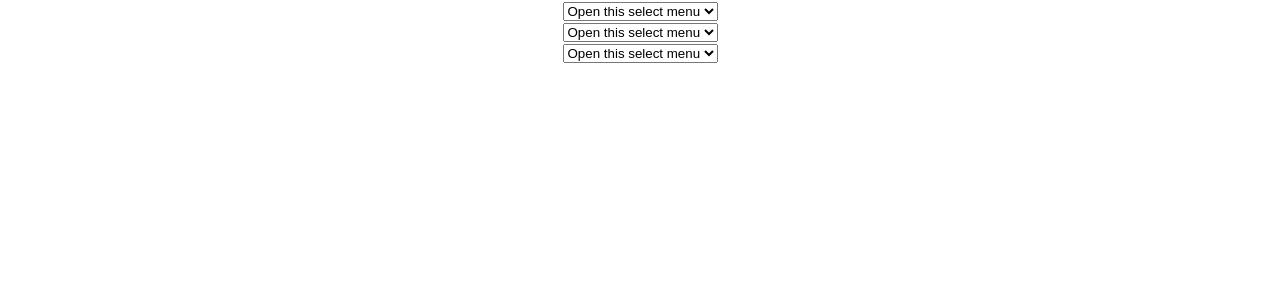
Repository: olahbold/greendoor_project
Page: /
The author's editor kept a copy of each file at every save. The page is drawn from the files as they stood at one save, then again after a run of saves.
The browser window is 1280 px wide. The pictures show the whole page.
The project was rebuilt for these pictures with package versions that can differ from the ones it lists, and the page was loaded fresh each time.

Above is the page before, as saved 2023-06-21 13:57:24.

After the next 9 saves:
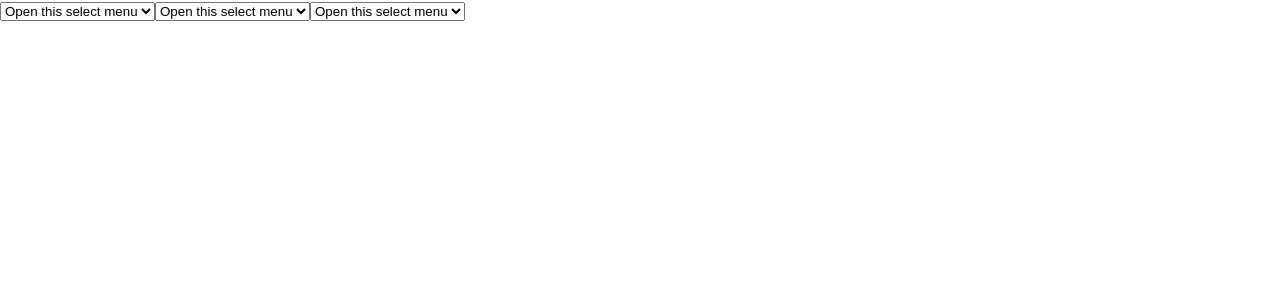
The 9 saves are shown as one change because they came seconds apart.
The last was saved 20 s later.
--- a/src/components/Multipart.js
+++ b/src/components/Multipart.js
@@ -2,7 +2,7 @@ import React from "react";
 import { Form } from "react-bootstrap";
 export default function Multipart() {
   return (
-    <div  s>
+    <div  style={{display:'flex'}}>
       <div>
         <Form>
           <Form.Select aria-label="Default select example">
